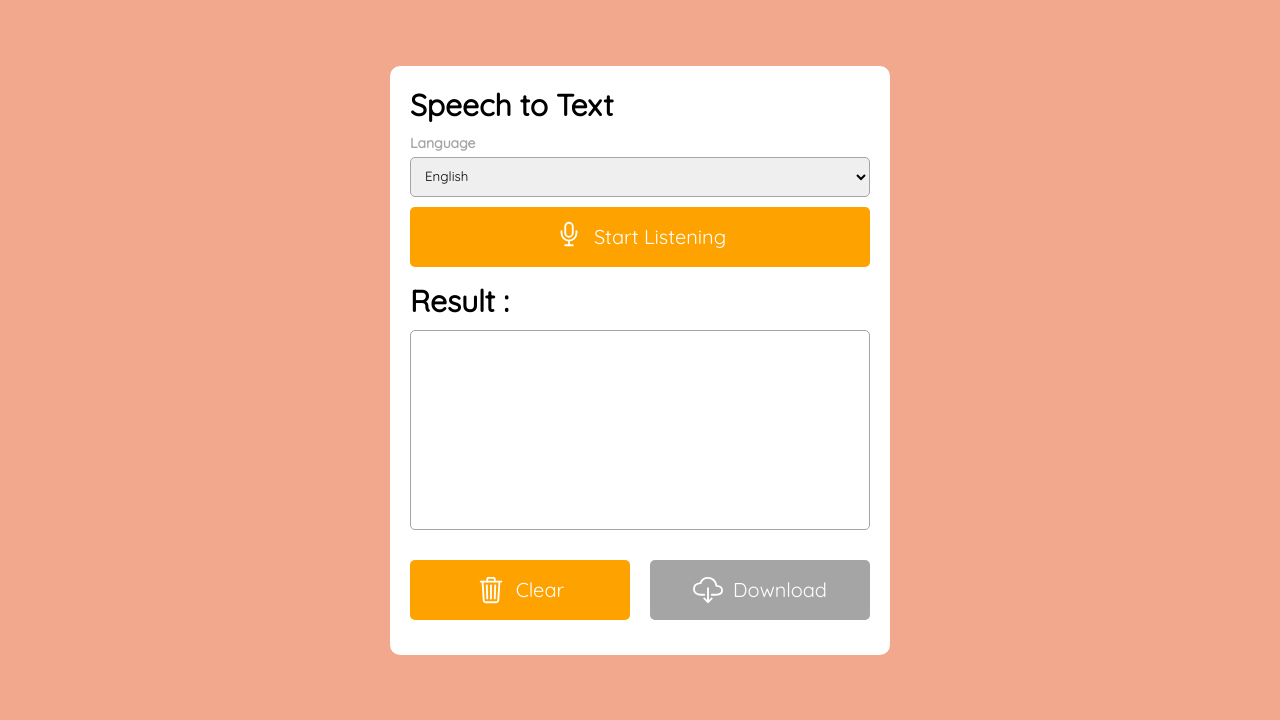
Repository: tsthuy/SpeechToText
Page: index.html
The author's editor kept a copy of each file at every save. The page is drawn from the files as they stood at one save, then again after the next save.
The browser window is 1280 px wide. The pictures show the whole page.

Above is the page before, as saved 2023-08-28 03:35:00.

After the next save:
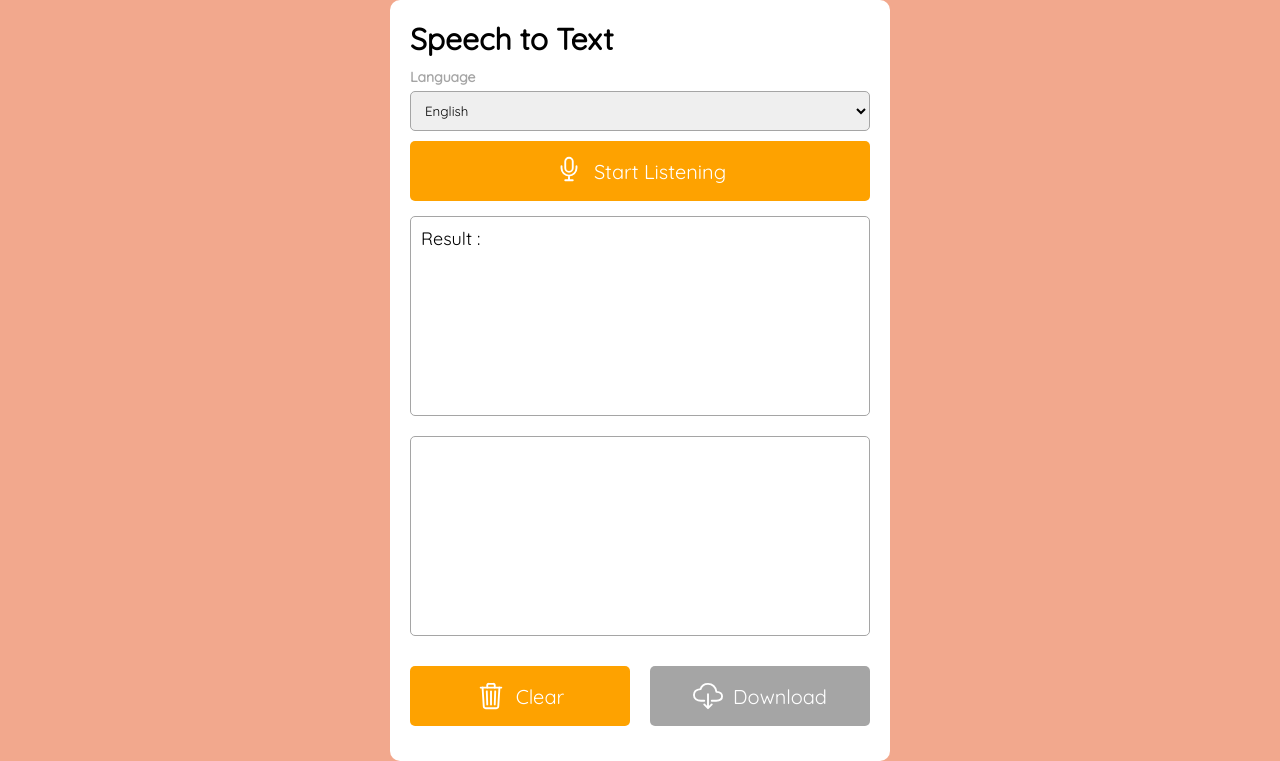
Saved 28 s later.
--- a/index.html
+++ b/index.html
@@ -25,7 +25,7 @@
         </div>
         <p>Start Listening</p>
       </button>
-      <p class="heading">Result :</p>
+      <p class="heading result">Result :</p>
       <div
         class="result"
         spellcheck="false"

After the 4 saves that followed:
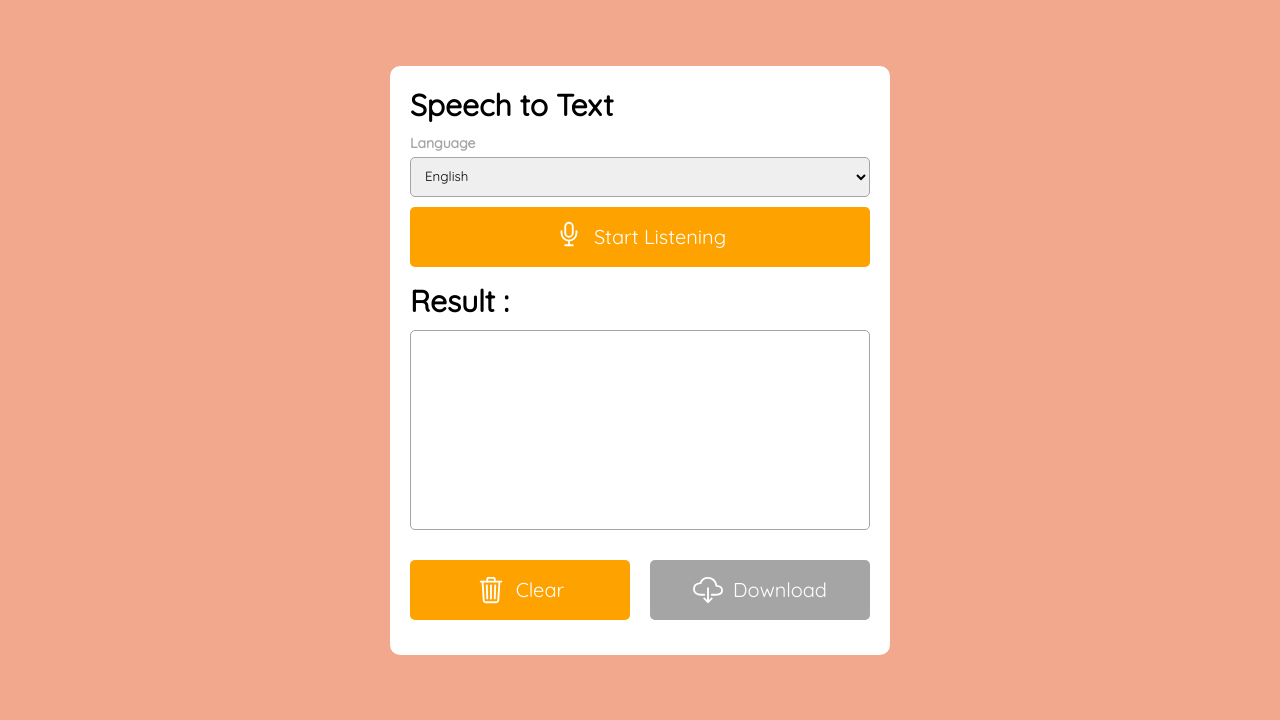
The 4 saves are shown as one change because 3 left the picture as it was.
The last was saved 63 s later.
--- a/index.html
+++ b/index.html
@@ -25,7 +25,7 @@
         </div>
         <p>Start Listening</p>
       </button>
-      <p class="heading result">Result :</p>
+      <p class="heading">Result :</p>
       <div
         class="result"
         spellcheck="false"
